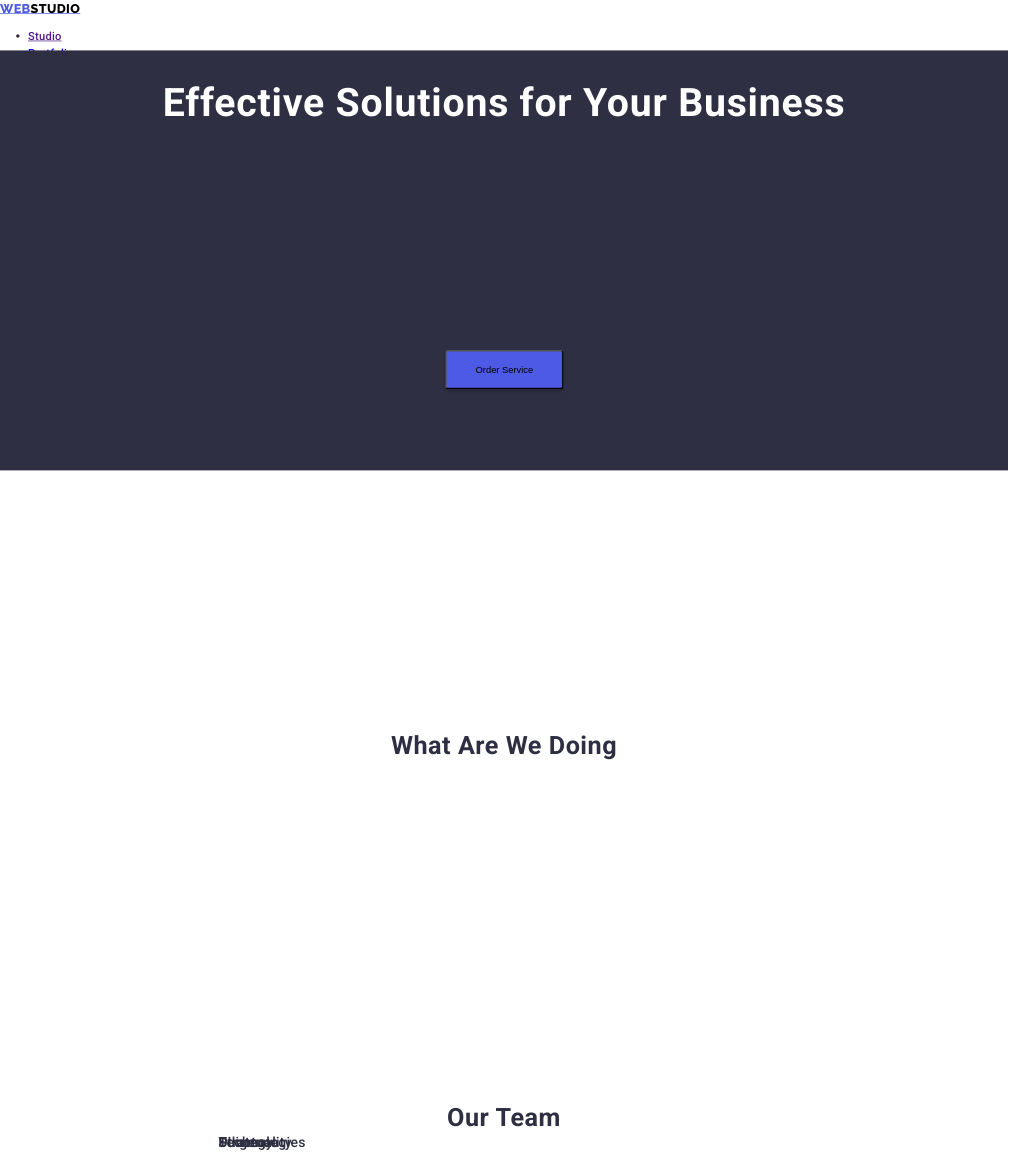
Repository: GrishchenkoNataliya/goit-markup-hw-02
Page: index.html
The author's editor kept a copy of each file at every save. The page is drawn from the files as they stood at one save, then again after the next save.
The browser window is 1280 px wide. The page is 1440 px wide, then 1448 px, so the pictures cover 1448 px, including what lies to the right of the window. The pictures show the part of the page from y = 0 to 1680 px (the page is 4788 px tall before and 4796 px after), at 70% of full size.

Above is the page before, as saved 2023-03-06 20:31:24.

### index.html
<!DOCTYPE html>
<html lang="en">
  <head>
    <meta charset="UTF-8" />
    <meta http-equiv="X-UA-Compatible" content="IE=edge" />
    <meta name="viewport" content="width=device-width, initial-scale=1.0" />

    <link rel="preconnect" href="https://fonts.googleapis.com" />
    <link rel="preconnect" href="https://fonts.gstatic.com" crossorigin />
    <link
      href="https://fonts.googleapis.com/css2?family=Raleway:wght@800&family=Roboto+Mono:wght@600&family=Roboto:wght@400;500;700&display=swap"
      rel="stylesheet"
    />
    <link rel="stylesheet" href="./css/styles.css" />
    <title>homework_2</title>
  </head>
  <body class="body">
    <header class="header">
      <a class="header-logo" href="./index.html"
        >Web<span class="studio">Studio </span></a
      >
      <nav class="header-nav">
        <ul class="header-list">
          <li class="header-item">
            <a
              class="header-link"
              href=""
              target="_blank"
              rel="noopener noreferrer nofollow"
              >Studio</a
            >
          </li>
          <li class="header-item-portfolio">
            <a
              class="header-link"
              href="./portfolio/portfolio.html"
              target="_blank"
              rel="noopener noreferrer nofollow"
              >Portfolio</a
            >
          </li>
          <li class="header-item">
            <a
              class="header-link"
              href=""
              target="_blank"
              rel="noopener noreferrer nofollow"
              >Contacts</a
            >
          </li>
        </ul>
      </nav>
      <address class="address">
        <ul class="address-list">
          <li class="address-mail">
            <a href="mailto:info@devstudio.com">info@devstudio.com</a>
          </li>
          <li class="address-tel">
            <a href="tel:+110001111111">+11 (000) 111-11-11</a>
          </li>
        </ul>
      </address>
    </header>
    <main class="main">
      <section class="hero">
        <h1 class="hero-title">Effective Solutions for Your Business</h1>
        <button class="hero-btn" type="button">Order Service</button>
        <!-- Dark-bg -->
      </section>

      <section class="feature1">
        <h2 hidden>Большой заголовок</h2>
        <ul class="feature1-list">
          <li class="feature1-item">
            <h3 class="feature1-title">Strategy</h3>
            <p class="feature1-text">
              Our goal is to identify the business problem to walk away with the
              perfect and creative solution.
            </p>
          </li>
          <li class="feature1-item">
            <h3 class="feature1-title">Punctuality</h3>
            <p class="feature1-text">
              Bring the key message to the brand's audience for the best price
              within the shortest possible time.
            </p>
          </li>
          <li class="feature1-item">
            <h3 class="feature1-title">Diligence</h3>
            <p class="feature1-text">
              Research and confirm brands that present the strongest digital
              growth opportunities and minimize risk.
            </p>
          </li>
          <li class="feature1-item">
            <h3 class="feature1-title">Technologies</h3>
            <p class="feature1-text">
              Design practice focused on digital experiences. We bring forth a
              deep passion for problem-solving.
            </p>
          </li>
        </ul>
      </section>

      <section class="feature2">
        <h2 class="feature2-title">What are we doing</h2>
        <ul class="feature2-list">
          <li class="feature2-item-1">
            <img
              src="./images/pages1/Rectangle71-1.jpg"
              alt="Rectangle 71-1"
              width="360"
            />
          </li>
          <li class="feature2-item-2">
            <img
              src="./images/pages1/Rectangle71-2.jpg"
              alt="Rectangle 71-2"
              width="360"
            />
          </li>
          <li class="feature2-item-3">
            <img
              src="./images/pages1/Rectangle71-3.jpg"
              alt="Rectangle 71-3"
              width="360"
            />
          </li>
        </ul>
      </section>

      <section class="feature3">
        <h2 class="feature3-title-h2">Our Team</h2>
        <ul class="feature3-list">
          <li class="feature3-item1">
            <img
              src="./images/pages1/img1.jpg"
              alt="Mark Guerrero"
              width="264"
              height="260"
            />
            <h3 class="feature3-title">Mark Guerrero</h3>
            <p class="feature3-subtitle">Product Designer</p>
          </li>
          <li class="feature3-item2">
            <img
              src="./images/pages1/img2.jpg"
              alt="Tom Ford"
              width="264"
              height="260"
            />
            <h3 class="feature3-title">Tom Ford</h3>
            <p class="feature3-subtitle">Frontend Developer</p>
          </li>
          <li class="feature3-item3">
            <img
              src="./images/pages1/img3.jpg"
              alt="Camila Garcia"
              width="264"
              height="260"
            />
            <h3 class="feature3-title">Camila Garcia</h3>
            <p class="feature3-subtitle">Marketing</p>
          </li>
          <li class="feature3-item4">
            <img
              src="./images/pages1/img4.jpg"
              alt="Daniel Wilson"
              width="264"
              height="260"
            />
            <h3 class="feature3-title">Daniel Wilson</h3>
            <p class="feature3-subtitle">UI Designer</p>
          </li>
        </ul>
      </section>
    </main>
    <footer class="footer">
      <a class="header-logo" href="./index.html"
        >Web<span class="studio">Studio </span></a
      >

      <p class="footer-text">
        Increase the flow of customers and sales for your business with digital
        marketing & growth solutions.
      </p>
      <!-- Dark-bg -->
    </footer>
  </body>
</html>

### css/styles.css
body {
  font-family: "Roboto Regular", sans-serif;
  font-family: open-;
}
/* @font-face {
  font-family: Roboto-500;
  src: url(../fonts/);
}
Підключення шрифта з папки fonts */

.header {
  position: absolute;
  width: 1440px;
  height: 72px;
  left: 0px;
  top: 0px;
}

.header-logo {
  font-family: "Raleway";
  font-style: normal;
  font-weight: 800;
  font-size: 18px;
  line-height: 1.33;

  display: flex;
  align-items: center;
  letter-spacing: 0.03em;
  text-transform: uppercase;

  color: #4d5ae5;
}
.header-nav {
}

.studio {
  color: black;
}
.header-list {
  font-family: "Roboto";
  font-style: normal;
  font-weight: 500;
  font-size: 16px;
  line-height: 1.5;
  letter-spacing: 0.02em;
  color: #2e2f42;
}

.address {
}
.address-list {
  font-family: "Roboto";
  font-style: normal;
  font-weight: 400;
  font-size: 16px;
  line-height: 1.5;
  letter-spacing: 0.02em;
  color: #434455;
}
.address-mail {
}
.address-tel {
}
.main {
}
/* section hero */
.hero {
  position: absolute;
  width: 1440px;
  height: 600px;
  left: 0px;
  top: 72px;
  background: #2e2f42;
}
.hero-title {
  font-family: "Roboto";
  font-style: normal;
  font-weight: 700;
  font-size: 56px;
  line-height: 1.07;
  text-align: center;
  letter-spacing: 0.02em;
  color: #ffffff;
}
.hero-btn {
  position: absolute;
  width: 169px;
  height: 56px;
  left: 636px;
  top: 428px;
  background: #4d5ae5;
  box-shadow: 0px 4px 4px rgba(0, 0, 0, 0.15);
  border-radius: 4px;
}
/* section 1 */
.feature1 {
}
.feature1-list {
  position: absolute;
  width: 1128px;
  height: 104px;
  left: 156px;
  top: 792px;
}
.feature1-item {
  display: flex;
  flex-direction: column;
  align-items: flex-start;
  padding: 0px;
  gap: 8px;

  position: absolute;
  width: 264px;
  height: 104px;
  left: 156px;
  top: 792px;
}
.feature1-title {
  font-family: "Roboto";
  font-style: normal;
  font-weight: 500;
  font-size: 20px;
  line-height: 1.2;
  letter-spacing: 0.02em;
  color: #2e2f42;
}
.feature1-text {
  font-family: "Roboto";
  font-style: normal;
  font-weight: 400;
  font-size: 16px;
  line-height: 1.5;
  letter-spacing: 0.02em;
  color: #434455;
}
/* section 2 */
.feature2 {
  position: absolute;
  width: 1128px;
  height: 412px;
  left: 156px;
  top: 1016px;
}
.feature2-title {
  font-family: "Roboto";
  font-style: normal;
  font-weight: 700;
  font-size: 36px;
  line-height: 1.1;
  text-align: center;
  letter-spacing: 0.02em;
  text-transform: capitalize;
  color: #2e2f42;
}
.feature2-list {
}
.feature2-item-1 {
  display: flex;
  flex-direction: column;
  align-items: flex-start;
  padding: 0px;

  position: absolute;
  width: 360px;
  height: 300px;
  left: 156px;
  top: 1128px;
}
.feature2-item-2 {
  display: flex;
  flex-direction: column;
  align-items: flex-start;
  padding: 0px;

  position: absolute;
  width: 360px;
  height: 300px;
  left: 540px;
  top: 1128px;
}
.feature2-item-3 {
  display: flex;
  flex-direction: column;
  align-items: flex-start;
  padding: 0px;

  position: absolute;
  width: 360px;
  height: 300px;
  left: 924px;
  top: 1128px;
}
/* section 3 */
.feature3 {
  position: absolute;
  width: 1440px;
  height: 732px;
  left: 0px;
  top: 1548px;
}
.feature3-title-h2 {
  font-family: "Roboto";
  font-style: normal;
  font-weight: 700;
  font-size: 36px;
  line-height: 1.1;
  text-align: center;
  letter-spacing: 0.02em;
  text-transform: capitalize;
  color: #2e2f42;
}
.feature3-list {
}
.feature3-item1 {
  display: flex;
  flex-direction: column;
  justify-content: center;
  align-items: center;
  padding: 0px 0px 32px;
  gap: 32px;

  position: absolute;
  width: 264px;
  height: 380px;
  left: 156px;
  top: 1780px;
}
.feature3-item2 {
  display: flex;
  flex-direction: column;
  justify-content: center;
  align-items: center;
  padding: 0px 0px 32px;
  gap: 32px;

  position: absolute;
  width: 264px;
  height: 380px;
  left: 444px;
  top: 1780px;
}
.feature3-item3 {
  display: flex;
  flex-direction: column;
  justify-content: center;
  align-items: center;
  padding: 0px 0px 32px;
  gap: 32px;

  position: absolute;
  width: 264px;
  height: 380px;
  left: 732px;
  top: 1780px;
}
.feature3-item4 {
  display: flex;
  flex-direction: column;
  justify-content: center;
  align-items: center;
  padding: 0px 0px 32px;
  gap: 32px;

  position: absolute;
  width: 264px;
  height: 380px;
  left: 1020px;
  top: 1780px;
}
.feature3-title {
  font-family: "Roboto";
  font-style: normal;
  font-weight: 500;
  font-size: 20px;
  line-height: 1.2;
  text-align: center;
  letter-spacing: 0.02em;
  color: #2e2f42;
}
.feature3-subtitle {
  font-family: "Roboto";
  font-style: normal;
  font-weight: 400;
  font-size: 16px;
  line-height: 1.2;
  text-align: center;
  letter-spacing: 0.02em;
  color: #434455;
}
.footer {
  /* position: absolute;
  width: 1440px;
  height: 312px;
  left: 0px;
  top: 2280px; */

  /* display: flex;
flex-direction: row;
align-items: center;
padding: 0px;

position: absolute;
width: 115px;
height: 24px;
left: 156px;
top: 2380px; */

  position: absolute;
  width: 1440px;
  height: 312px;
  left: 0px;
  top: 2280px;
  background: #2e2f42;
}
.footer-text {
  position: absolute;
  width: 264px;
  height: 72px;
  left: 156px;
  top: 2420px;
  font-family: "Roboto";
  font-style: normal;
  font-weight: 400;
  font-size: 16px;
  line-height: 1.2;
  letter-spacing: 0.02em;
  color: #f4f4fd;
}

After the next save:
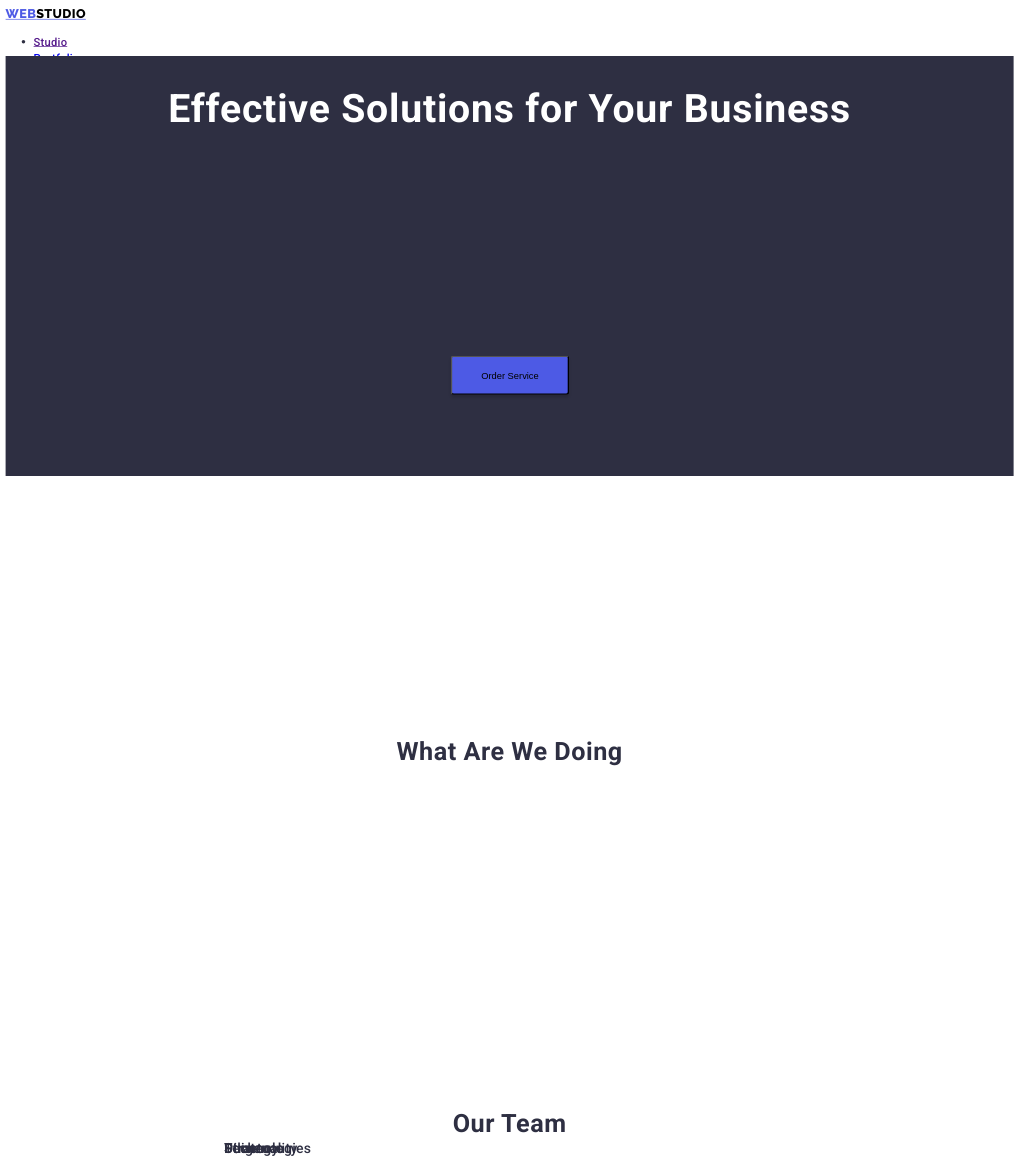
Saved 17 s later.
--- a/css/styles.css
+++ b/css/styles.css
@@ -1,6 +1,11 @@
 body {
   font-family: "Roboto Regular", sans-serif;
   font-family: open-;
+  position: relative;
+  width: 1440px;
+  height: 2592px;
+
+  background: #ffffff;
 }
 /* @font-face {
   font-family: Roboto-500;
